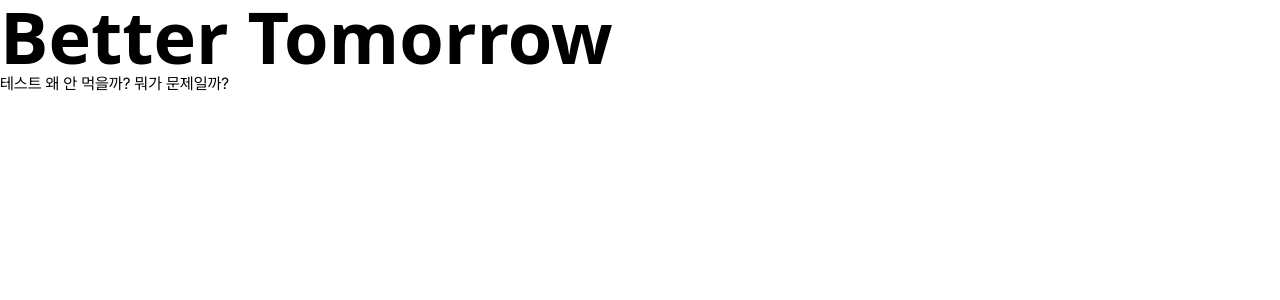
Repository: jadugamja/thedaol
Page: /
The author's editor kept a copy of each file at every save. The page is drawn from the files as they stood at one save, then again after the next save.
The browser window is 1280 px wide. The pictures show the whole page.
The project was rebuilt for these pictures with package versions that can differ from the ones it lists, and the page was loaded fresh each time. The framework's server and built-in components were replaced by stand-ins that run in the browser. Also part of the build but not shown: next.config.ts.

Above is the page before, as saved 2026-01-11 00:39:57.

### app/layout.tsx
import type { Metadata } from "next";
import localFont from "next/font/local";
import { Montserrat } from "next/font/google";
import "./globals.css";

export const metadata: Metadata = {
  title: "더다올디앤씨",
  description: "",
};

const montserrat = Montserrat({ subsets: ["latin"], display: "swap" });

const pretendard = localFont({
  src: "../fonts//PretendardVariable.woff2",
  display: "swap",
  weight: "45 920",
});

export default function RootLayout({
  children,
}: Readonly<{
  children: React.ReactNode;
}>) {
  return (
    <html lang="en">
      <body
        className={`${pretendard.className} ${montserrat.className} bg-background-light font-body text-text-main antialiased overflow-x-hidden selection:bg-primary/20 selection:text-secondary`}
      >
        {children}
      </body>
    </html>
  );
}

### app/(home)/page.tsx
export default function Home() {
  return (
    <div className="flex flex-col">
      <span className="text-7xl font-sans font-bold">Better Tomorrow</span>
      <span className="font-pretendard">
        테스트 왜 안 먹을까? 뭐가 문제일까?
      </span>
    </div>
  );
}

Loaded but not shown: app/globals.css (common file)

After the next save:
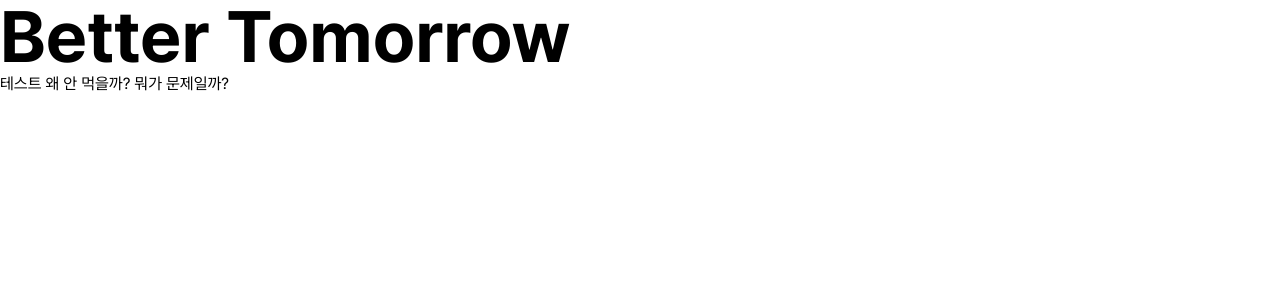
Saved 52 s later.
--- a/app/(home)/page.tsx
+++ b/app/(home)/page.tsx
@@ -1,7 +1,7 @@
 export default function Home() {
   return (
     <div className="flex flex-col">
-      <span className="text-7xl font-sans font-bold">Better Tomorrow</span>
+      <span className="text-7xl font-display font-bold">Better Tomorrow</span>
       <span className="font-pretendard">
         테스트 왜 안 먹을까? 뭐가 문제일까?
       </span>
